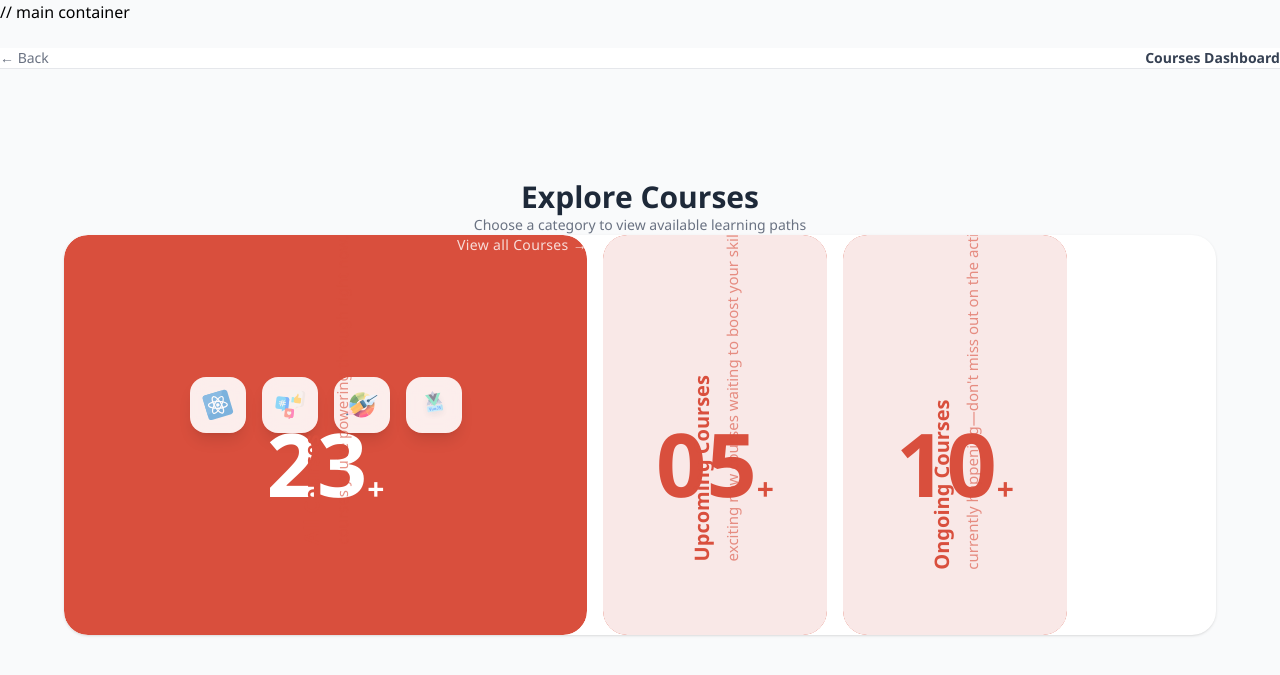
Repository: RahulRajKhadka/nextjs-dashboard-app
Page: /task2
An editor plug-in stored every save of this project. The page is shown before and after the next save, followed by the edit.
The browser window is 1280 px wide. The pictures show the whole page.
The project was rebuilt for these pictures with package versions that can differ from the ones it lists, and the page was loaded fresh each time. The framework's server and built-in components were replaced by stand-ins that run in the browser. Also part of the build but not shown: next.config.ts.

Above is the page before, as saved 2026-04-11 10:40:52.

### src/app/layout.tsx
import type { Metadata } from "next";
import "./globals.css";

export const metadata: Metadata = {
  title: "SkillShikshya Tasks",
  description: "Frontend & Logical Tasks",
};

export default function RootLayout({
  children,
}: {
  children: React.ReactNode;
}) {
  return (
    <html lang="en">
      <body>{children}</body>
    </html>
  );
}

### src/app/task2/page.tsx
"use client";
import dynamic from "next/dynamic";
import Link from "next/link";

const CourseCards = dynamic(() => import("@/components/task2/CourseCards"), {
  loading: () => (
    <div className="flex items-center justify-center h-[300px] text-gray-400 text-sm">
      Loading courses...
    </div>
  ),
  ssr: false,
});

export default function Task2Page() {
  return (
    <main className="min-h-screen bg-gray-50 flex flex-col gap-6 "> // main container

      {/* Top Bar */}
      <div className="flex items-center justify-between px-6 md:px-10 py-4 border-b border-gray-200 bg-white">
        <Link
          href="/"
          className="text-sm text-gray-500 hover:text-gray-900 transition-colors"
        >
          ← Back
        </Link>

        <span className="text-sm font-semibold text-gray-700">
          Courses Dashboard
        </span>
      </div>

      {/* Centered Content */}
      <div className="flex-1 flex items-center justify-center px-4 py-10">

        <div className="w-full max-w-6xl">

          {/* Heading */}
          <div className="mb-8 text-center mt-10">
            <h1 className="text-3xl font-bold text-gray-800">
              Explore Courses
            </h1>
            <p className="text-gray-500 text-sm mt-2">
              Choose a category to view available learning paths
            </p>
          </div>

          {/* Cards */}
          <div className="bg-white rounded-3xl shadow-sm p-4 md:p-6">
            <CourseCards />
          </div>

        </div>

      </div>
    </main>
  );
}

### src/app/globals.css
@import "tailwindcss";

* {
  margin: 0;
  padding: 0;
  box-sizing: border-box;
}

html {
  scroll-behavior: smooth;
}

body {
  font-family: "Segoe UI", sans-serif;
  background-color: #f5f5f5;
}

.vertical-text {
  writing-mode: vertical-rl;
  transform: rotate(180deg);
}

### src/components/task2/CourseCards.tsx
"use client";

import { useState, useRef, useLayoutEffect } from "react";
import CourseCard from "./CourseCard";
import { courseCardsData } from "./courseCardsData";
import gsap from "gsap";

export default function CourseCards() {
  const [expandedId, setExpandedId] = useState<number>(1);
  const cardRefs = useRef<(HTMLDivElement | null)[]>([]);
  const containerRef = useRef<HTMLDivElement>(null);
  const expandedWidth = useRef(0);
  const collapsedWidth = useRef(0);
  const isAnimating = useRef(false);

  useLayoutEffect(() => {
    const container = containerRef.current;
    if (!container) return;

    const totalWidth = container.clientWidth;
    const gap = 16;
    const totalGap = gap * (courseCardsData.length - 1);
    const unit = (totalWidth - totalGap) / courseCardsData.length;
    expandedWidth.current = unit * 1.4;
    collapsedWidth.current = unit * 0.6;

    cardRefs.current.forEach((el, i) => {
      if (el) {
        gsap.set(el, {
          width:
            courseCardsData[i].id === expandedId
              ? expandedWidth.current
              : collapsedWidth.current,
        });
      }
    });
  }, [expandedId]);

  const labelElements = useRef<Map<number, HTMLDivElement>>(new Map());
  const numberElements = useRef<Map<number, HTMLDivElement>>(new Map());

  const setLabelRef = (id: number) => (el: HTMLDivElement | null) => {
    if (el) labelElements.current.set(id, el);
    else labelElements.current.delete(id);
  };

  const setNumberRef = (id: number) => (el: HTMLDivElement | null) => {
    if (el) numberElements.current.set(id, el);
    else numberElements.current.delete(id);
  };

  const handleClick = (courseId: number) => {
    if (courseId === expandedId || isAnimating.current) return;

    const prevIndex = courseCardsData.findIndex(
      (c) => c.id === expandedId
    );
    const newIndex = courseCardsData.findIndex(
      (c) => c.id === courseId
    );
    const newCourse = courseCardsData[newIndex];

    const oldLabel = labelElements.current.get(expandedId);
    const oldNumber = numberElements.current.get(expandedId);
    const newLabel = labelElements.current.get(courseId);
    const newNumber = numberElements.current.get(courseId);

    if (!newLabel || !newNumber) return;

    isAnimating.current = true;

    const tl = gsap.timeline({
      onComplete: () => {
        isAnimating.current = false;
      },
    });

    tl.to(
      cardRefs.current[prevIndex],
      {
        width: collapsedWidth.current,
        duration: 0.5,
        ease: "power3.inOut",
      },
      0
    );

    if (oldLabel) {
      tl.to(
        oldLabel,
        {
          rotation: -90,
          x: 0,
          y: 0,
          color: newCourse.textColor,
          duration: 0.5,
          ease: "power2.inOut",
        },
        0
      );
    }

    if (oldNumber) {
      tl.to(
        oldNumber,
        {
          color: newCourse.textColor,
          duration: 0.3,
        },
        0
      );
    }

    tl.call(() => {
      setExpandedId(courseId);
    }, null, 0.25);

    tl.to(
      cardRefs.current[newIndex],
      {
        width: expandedWidth.current,
        duration: 0.5,
        ease: "power3.inOut",
      },
      0.25
    );

    const labelRect = newLabel.getBoundingClientRect();
    const numberRect = newNumber.getBoundingClientRect();
    const gap = 16;

    const targetX =
      numberRect.right +
      gap -
      (labelRect.left + labelRect.width / 2);
    const targetY =
      numberRect.top +
      numberRect.height / 2 -
      (labelRect.top + labelRect.height / 2);

    tl.fromTo(
      newLabel,
      {
        rotation: -90,
        x: 0,
        y: 0,
        color: newCourse.textColor,
      },
      {
        rotation: 0,
        x: targetX,
        y: targetY,
        color: "#ffffff",
        duration: 0.5,
        ease: "back.out(0.3)",
      },
      0.25
    );

    tl.to(
      newNumber,
      {
        color: "#ffffff",
        duration: 0.3,
      },
      0.4
    );
  };

  return (
    <div
      ref={containerRef}
      className="flex gap-4 box-border w-full my-8 min-h-[200px] md:min-h-[200px] lg:min-h-[400px]"
    >
      {courseCardsData.map((course, i) => (
        <div
          key={course.id}
          ref={(el) => {
            cardRefs.current[i] = el;
          }}
          className="shrink-0 overflow-hidden my-auto rounded-3xl"
        >
          <CourseCard
            course={course}
            isExpanded={expandedId === course.id}
            direction={i === 0 ? "right" : "left"}
            isLeftmost={i === 0}
            onClick={() => handleClick(course.id)}
            setLabelRef={setLabelRef(course.id)}
            setNumberRef={setNumberRef(course.id)}
          />
        </div>
      ))}
    </div>
  );
}

### src/components/task2/CourseCard.tsx
"use client";

import Image from "next/image";
import { useRef, useLayoutEffect } from "react";
import { CourseCard as CourseCardType } from "@/types";
import gsap from "gsap";

interface Props {
  course: CourseCardType;
  isExpanded: boolean;
  onClick: () => void;
  direction: "left" | "right";
  isLeftmost?: boolean;
  setLabelRef: (el: HTMLDivElement | null) => void;
  setNumberRef: (el: HTMLDivElement | null) => void;
}

export default function CourseCard({
  course,
  isExpanded,
  onClick,
  direction,
  isLeftmost = false,
  setLabelRef,
  setNumberRef,
}: Props) {
  const numberRef = useRef<HTMLDivElement>(null);
  const collapsedLabelRef = useRef<HTMLDivElement>(null);
  const iconsRef = useRef<(HTMLSpanElement | null)[]>([]);
  const topbarRef = useRef<HTMLDivElement>(null);
  const expandedViewRef = useRef<HTMLDivElement>(null);
  const circleRef = useRef<HTMLDivElement>(null);

  // Pass refs to parent when they become available
  useLayoutEffect(() => {
    setLabelRef(collapsedLabelRef.current);
    setNumberRef(numberRef.current);
  }, [setLabelRef, setNumberRef]);

  useLayoutEffect(() => {
    if (!numberRef.current || !circleRef.current) return;

    if (isExpanded) {
      const tl = gsap.timeline();

      // Show expanded view
      gsap.set(expandedViewRef.current, { display: "grid" });

      // 1. Circle wipe
      tl.to(circleRef.current, {
        clipPath: "circle(0% at 0% 100%)",
        duration: 0.8,
        ease: "power3.inOut",
      }, 0);

      // 2. Number colour change (label is handled by parent)
      tl.to(numberRef.current, {
        color: "#ffffff",
        duration: 0.3,
      }, 0.2);

      // 3. Topbar animation
      const topbarFromX = direction === "left" ? 60 : -60;
      tl.fromTo(topbarRef.current,
        { opacity: 0, y: -15, x: topbarFromX },
        {
          opacity: 1,
          y: 0,
          x: 0,
          duration: 0.5,
          ease: "power2.out",
        }, 0.3
      );

      // 4. Icons staggered animation
      const iconsFromX = direction === "left" ? 120 : -120;
      gsap.set(iconsRef.current, { x: iconsFromX, opacity: 0 });
      iconsRef.current.forEach((icon, i) => {
        tl.to(icon, {
          x: 0,
          opacity: 1,
          duration: 0.4,
          ease: "power2.out",
        }, 0.4 + i * 0.08);
      });
    } else {
      // COLLAPSE
      const tl = gsap.timeline();

      // 1. Circle expands back
      tl.to(circleRef.current, {
        clipPath: "circle(130% at 0% 80%)",
        duration: 0.6,
        ease: "power3.inOut",
      }, 0);

      // 2. Number colour returns (label is handled by parent)
      tl.to(numberRef.current, {
        color: course.textColor,
        duration: 0.3,
      }, 0.1);

      // 3. Hide expanded view after animations
      tl.set(expandedViewRef.current, { display: "none" }, 0.3);

      // 4. Reset icons and topbar
      tl.set(iconsRef.current, { clearProps: "x,opacity" }, 0.4);
      tl.set(topbarRef.current, { clearProps: "x,y,opacity" }, 0.4);
    }
  }, [isExpanded, direction, course.textColor]);

  return (
    <div
      onClick={onClick}
      className="relative rounded-3xl overflow-hidden cursor-pointer h-full w-full"
      style={{ backgroundColor: course.bgExpanded }}
    >
      {/* Background circle */}
      <div
        ref={circleRef}
        className="absolute inset-0 z-[1]"
        style={{
          backgroundColor: course.bg,
          clipPath: "circle(150% at 0% 100%)",
        }}
      />

      {/* COLLAPSED CONTENT: flex column centered */}
      <div className="absolute inset-0 z-[3] flex flex-col items-center justify-center pointer-events-none">
        {/* Rotated label */}
        <div
          ref={collapsedLabelRef}
          className="flex flex-col gap-1"
          style={{
            transform: "rotate(-90deg)",
            color: course.textColor,
          }}
        >
          <span className="font-bold text-[20px] whitespace-nowrap" style={{ color: "inherit" }}>
            {course.label}
          </span>
          <p className="text-[15px] opacity-60 whitespace-nowrap" style={{ color: "inherit" }}>
            {course.sublabel}
          </p>
        </div>

        {/* Number (below label) */}
        <div ref={numberRef} className="mt-4" style={{ color: course.textColor }}>
          <div className="flex items-end">
            <span
              className="font-black leading-none"
              style={{
                fontSize: "clamp(3.5rem,7vw,5.5rem)",
                color: "inherit",
              }}
            >
              {String(course.count).padStart(2, "0")}
            </span>
            <span className="font-black text-3xl mb-2 ml-1" style={{ color: "inherit" }}>
              +
            </span>
          </div>
        </div>
      </div>

      {/* EXPANDED VIEW (topbar + icons) – unchanged */}
      <div
        ref={expandedViewRef}
        className="absolute inset-0 z-[2] p-5"
        style={{
          display: isExpanded ? "grid" : "none",
          gridTemplateRows: "auto 1fr auto",
        }}
      >
        <div ref={topbarRef} className="flex justify-end mt-40 opacity-0">
          <span className="text-white/80 text-sm font-medium tracking-wide">
            View all Courses →
          </span>
        </div>
        <div className="flex gap-4 items-center justify-center">
          {course.icons?.map((iconPath, i) => (
            <span
              key={i}
              ref={(el) => (iconsRef.current[i] = el)}
              className="w-14 h-14 rounded-2xl bg-white/90 backdrop-blur-sm flex items-center justify-center shadow-lg"
            >
              <Image src={iconPath} alt="" width={32} height={32} className="opacity-80" />
            </span>
          ))}
        </div>
        <div className="h-20" />
      </div>
    </div>
  );
}

### src/components/task2/courseCardsData.ts
import { CourseCard } from "@/types";

export const courseCardsData: CourseCard[] = [
  {
    id: 1,
    count: "23",
    label: "All Courses",
    sublabel: "courses you're powering through right now.",
    bg: "#F9E8E7",        // ← was "#D94F3D", should be light pink
    textColor: "#D94F3D",  // ← was "white", red for collapsed state
    bgExpanded: "#D94F3D",
    icons: ["/images/react.svg", "/images/likes.svg", "/images/design.svg", "/images/view.svg"],
  },
  {
    id: 2,
    count: "05",
    label: "Upcoming Courses",
    sublabel: "exciting new courses waiting to boost your skills.",
    bg: "#F9E8E7",
    textColor: "#D94F3D",
    bgExpanded: "#D94F3D",
    icons: ["/images/react.svg", "/images/likes.svg", "/images/design.svg", "/images/view.svg"],
  },
  {
    id: 3,
    count: "10",
    label: "Ongoing Courses",
    sublabel: "currently happening—don't miss out on the action!",
    bg: "#F9E8E7",
    textColor: "#D94F3D",
    bgExpanded: "#D94F3D",
    icons: ["/images/react.svg", "/images/likes.svg", "/images/design.svg", "/images/view.svg"],
  },
];

After the next save:
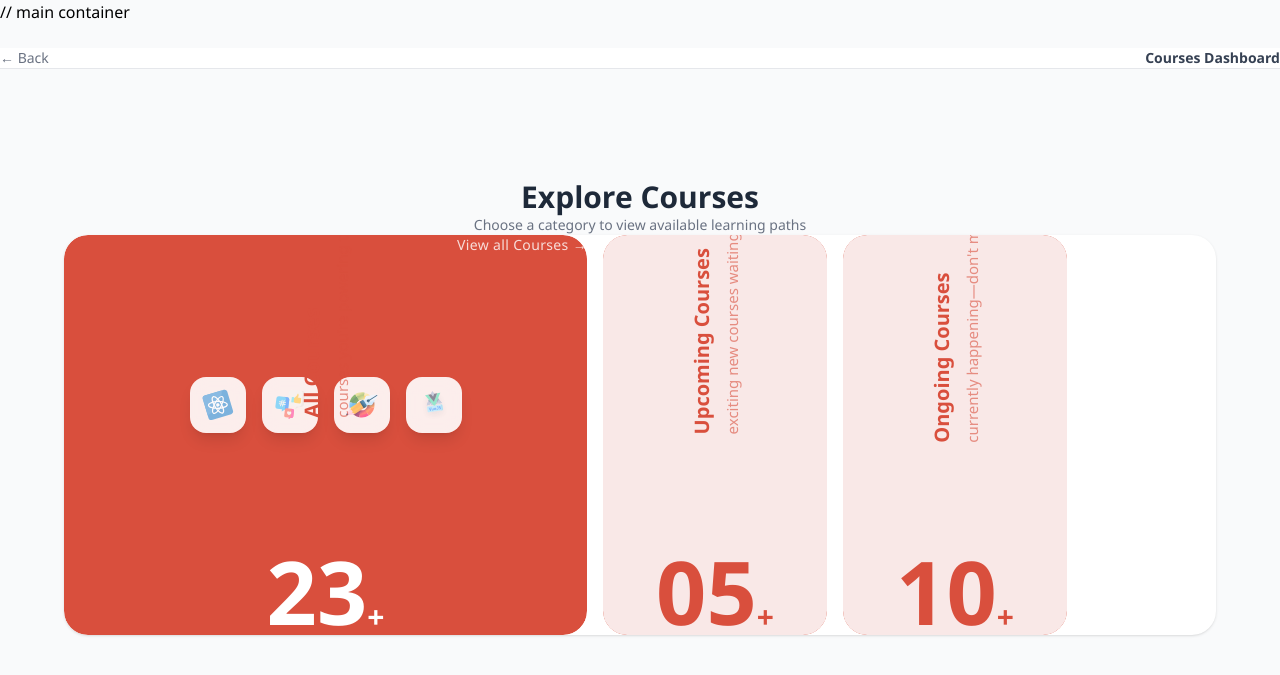
Saved 9 min 3 s later.
--- a/src/components/task2/CourseCard.tsx
+++ b/src/components/task2/CourseCard.tsx
@@ -31,48 +31,38 @@ export default function CourseCard({
   const expandedViewRef = useRef<HTMLDivElement>(null);
   const circleRef = useRef<HTMLDivElement>(null);
 
-  // Pass refs to parent when they become available
+  // Pass refs to parent
   useLayoutEffect(() => {
     setLabelRef(collapsedLabelRef.current);
     setNumberRef(numberRef.current);
   }, [setLabelRef, setNumberRef]);
 
+  // Internal animations (circle, number colour, topbar, icons) – label is handled by parent
   useLayoutEffect(() => {
     if (!numberRef.current || !circleRef.current) return;
 
     if (isExpanded) {
       const tl = gsap.timeline();
-
-      // Show expanded view
       gsap.set(expandedViewRef.current, { display: "grid" });
 
-      // 1. Circle wipe
       tl.to(circleRef.current, {
         clipPath: "circle(0% at 0% 100%)",
         duration: 0.8,
         ease: "power3.inOut",
       }, 0);
 
-      // 2. Number colour change (label is handled by parent)
       tl.to(numberRef.current, {
         color: "#ffffff",
         duration: 0.3,
       }, 0.2);
 
-      // 3. Topbar animation
       const topbarFromX = direction === "left" ? 60 : -60;
       tl.fromTo(topbarRef.current,
         { opacity: 0, y: -15, x: topbarFromX },
-        {
-          opacity: 1,
-          y: 0,
-          x: 0,
-          duration: 0.5,
-          ease: "power2.out",
-        }, 0.3
+        { opacity: 1, y: 0, x: 0, duration: 0.5, ease: "power2.out" },
+        0.3
       );
 
-      // 4. Icons staggered animation
       const iconsFromX = direction === "left" ? 120 : -120;
       gsap.set(iconsRef.current, { x: iconsFromX, opacity: 0 });
       iconsRef.current.forEach((icon, i) => {
@@ -84,26 +74,20 @@ export default function CourseCard({
         }, 0.4 + i * 0.08);
       });
     } else {
-      // COLLAPSE
       const tl = gsap.timeline();
 
-      // 1. Circle expands back
       tl.to(circleRef.current, {
         clipPath: "circle(130% at 0% 80%)",
         duration: 0.6,
         ease: "power3.inOut",
       }, 0);
 
-      // 2. Number colour returns (label is handled by parent)
       tl.to(numberRef.current, {
         color: course.textColor,
         duration: 0.3,
       }, 0.1);
 
-      // 3. Hide expanded view after animations
       tl.set(expandedViewRef.current, { display: "none" }, 0.3);
-
-      // 4. Reset icons and topbar
       tl.set(iconsRef.current, { clearProps: "x,opacity" }, 0.4);
       tl.set(topbarRef.current, { clearProps: "x,y,opacity" }, 0.4);
     }
@@ -119,22 +103,16 @@ export default function CourseCard({
       <div
         ref={circleRef}
         className="absolute inset-0 z-[1]"
-        style={{
-          backgroundColor: course.bg,
-          clipPath: "circle(150% at 0% 100%)",
-        }}
+        style={{ backgroundColor: course.bg, clipPath: "circle(150% at 0% 100%)" }}
       />
 
-      {/* COLLAPSED CONTENT: flex column centered */}
-      <div className="absolute inset-0 z-[3] flex flex-col items-center justify-center pointer-events-none">
+      {/* COLLAPSED CONTENT: flex column with label at top, number at bottom (justify-between) */}
+      <div className="absolute inset-0 z-[3] flex flex-col items-center justify-between pointer-events-none">
         {/* Rotated label */}
         <div
           ref={collapsedLabelRef}
-          className="flex flex-col gap-1"
-          style={{
-            transform: "rotate(-90deg)",
-            color: course.textColor,
-          }}
+          className="flex flex-col gap-1 mt-6"   // added mt-6 for a little top spacing (optional)
+          style={{ transform: "rotate(-90deg)", color: course.textColor }}
         >
           <span className="font-bold text-[20px] whitespace-nowrap" style={{ color: "inherit" }}>
             {course.label}
@@ -144,15 +122,12 @@ export default function CourseCard({
           </p>
         </div>
 
-        {/* Number (below label) */}
-        <div ref={numberRef} className="mt-4" style={{ color: course.textColor }}>
+        {/* Number at bottom (flex-end) */}
+        <div ref={numberRef} className="mb-6" style={{ color: course.textColor }}>
           <div className="flex items-end">
             <span
               className="font-black leading-none"
-              style={{
-                fontSize: "clamp(3.5rem,7vw,5.5rem)",
-                color: "inherit",
-              }}
+              style={{ fontSize: "clamp(3.5rem,7vw,5.5rem)", color: "inherit" }}
             >
               {String(course.count).padStart(2, "0")}
             </span>
@@ -163,14 +138,11 @@ export default function CourseCard({
         </div>
       </div>
 
-      {/* EXPANDED VIEW (topbar + icons) – unchanged */}
+      {/* EXPANDED VIEW – unchanged */}
       <div
         ref={expandedViewRef}
         className="absolute inset-0 z-[2] p-5"
-        style={{
-          display: isExpanded ? "grid" : "none",
-          gridTemplateRows: "auto 1fr auto",
-        }}
+        style={{ display: isExpanded ? "grid" : "none", gridTemplateRows: "auto 1fr auto" }}
       >
         <div ref={topbarRef} className="flex justify-end mt-40 opacity-0">
           <span className="text-white/80 text-sm font-medium tracking-wide">
